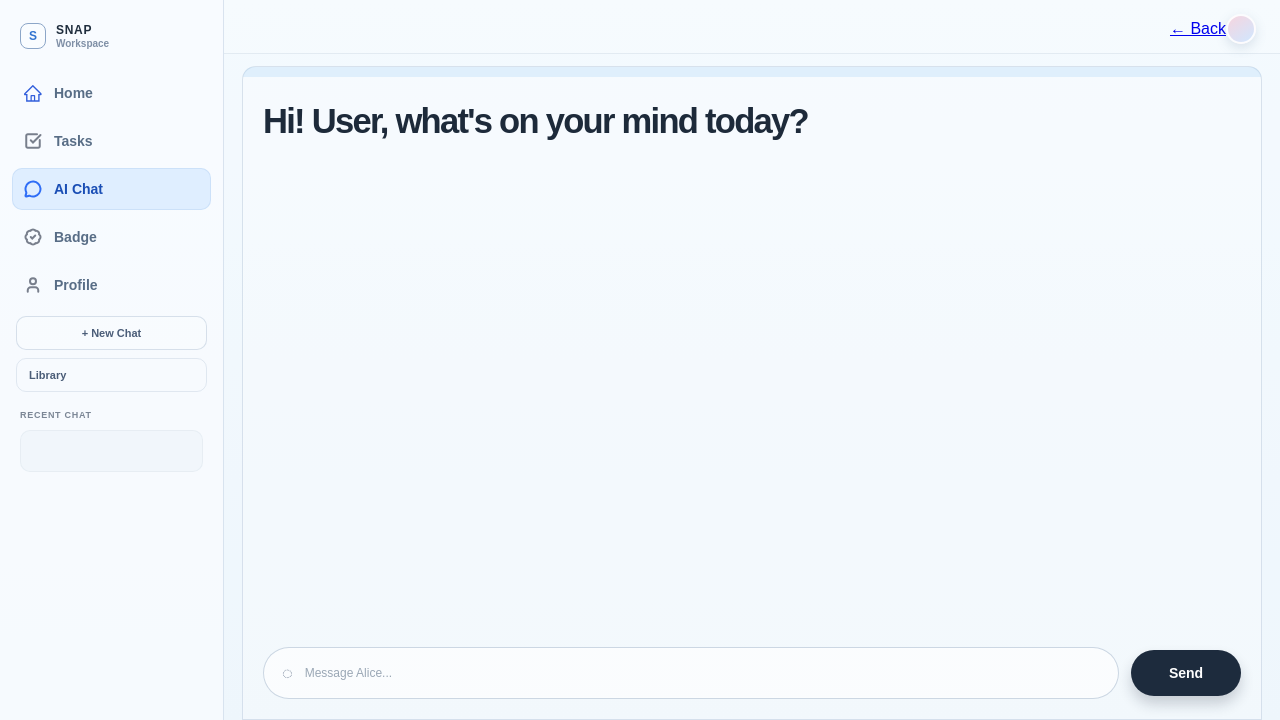
Repository: Lee-Productions-Inc/SNAP_productions
Page: pages/dashboard/ai and chat/ai.html
An editor plug-in stored every save of this project. The page is shown before and after the next save, followed by the edit.
The browser window is 1280 px wide. The pictures show the whole page.

Above is the page before, as saved 2026-09-24 14:52:11.

After the next save:
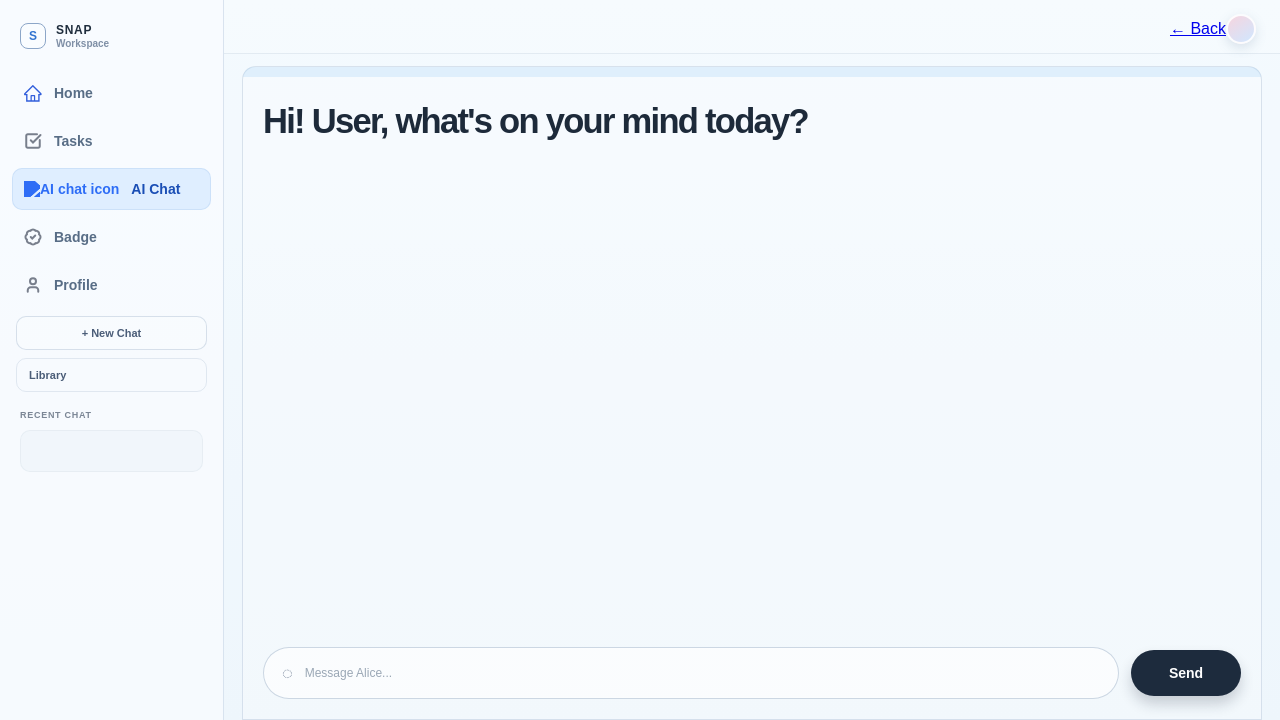
Saved 3 min 47 s later.
--- a/pages/dashboard/ai and chat/ai.html
+++ b/pages/dashboard/ai and chat/ai.html
@@ -29,7 +29,7 @@
                             Tasks
                         </a>
                         <a class="nav-item active" href="ai_chat.html">
-                            <img class="nav-icon-active" src="../../assets/main icons/message-circle.svg" alt="AI chat icon">
+                            <img class="nav-icon-active" src="" alt="AI chat icon">
                             AI Chat
                         </a>
                         <a class="nav-item" href="../badges.html">
